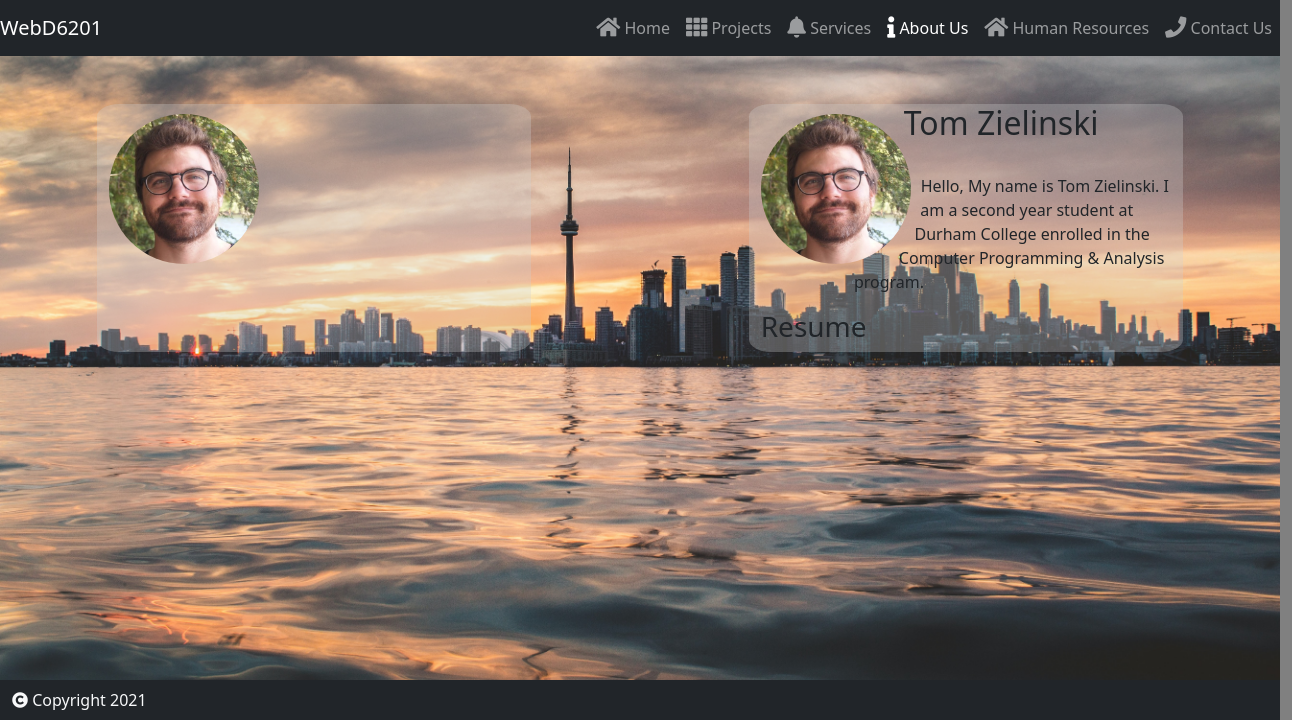
Repository: Tomelinski/Webd6201-Lab02
Page: about.html
The author's editor kept a copy of each file at every save. The page is drawn from the files as they stood at one save, then again after the next save.
The browser window is 1280 px wide. The page is 1292 px wide, so the pictures cover 1292 px, including what lies to the right of the window. The pictures show the whole page.

Above is the page before, as saved 2021-02-05 18:37:12.

After the next save:
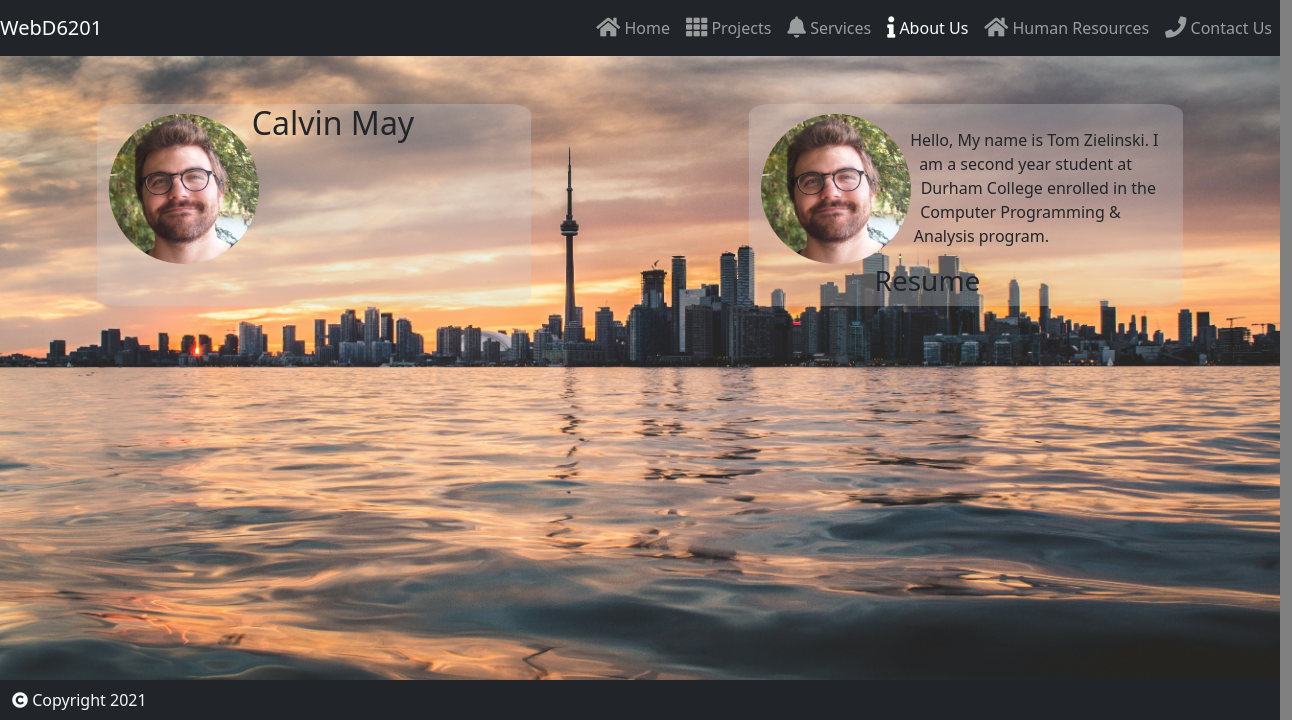
Saved 67 s later.
--- a/Scripts/app.js
+++ b/Scripts/app.js
@@ -90,12 +90,15 @@
         aboutTomDiv.appendChild(resumeHeading);
 
         let aboutCalvinDiv = document.getElementById("about-calvin");
+
+        aboutHeading.textContent = "Calvin May";
          let calvinPortrait = document.createElement("img");
          calvinPortrait.setAttribute("src", "../Pictures/Tom.jpeg");
          calvinPortrait.setAttribute("class", "headshot-portrait");
          calvinPortrait.setAttribute("alt", "Headshot of Tom");
 
          aboutCalvinDiv.appendChild(calvinPortrait);
+         aboutCalvinDiv.appendChild(aboutHeading);
     }
 
     /** displayContactPage() - Loads the Content for contact.html */
